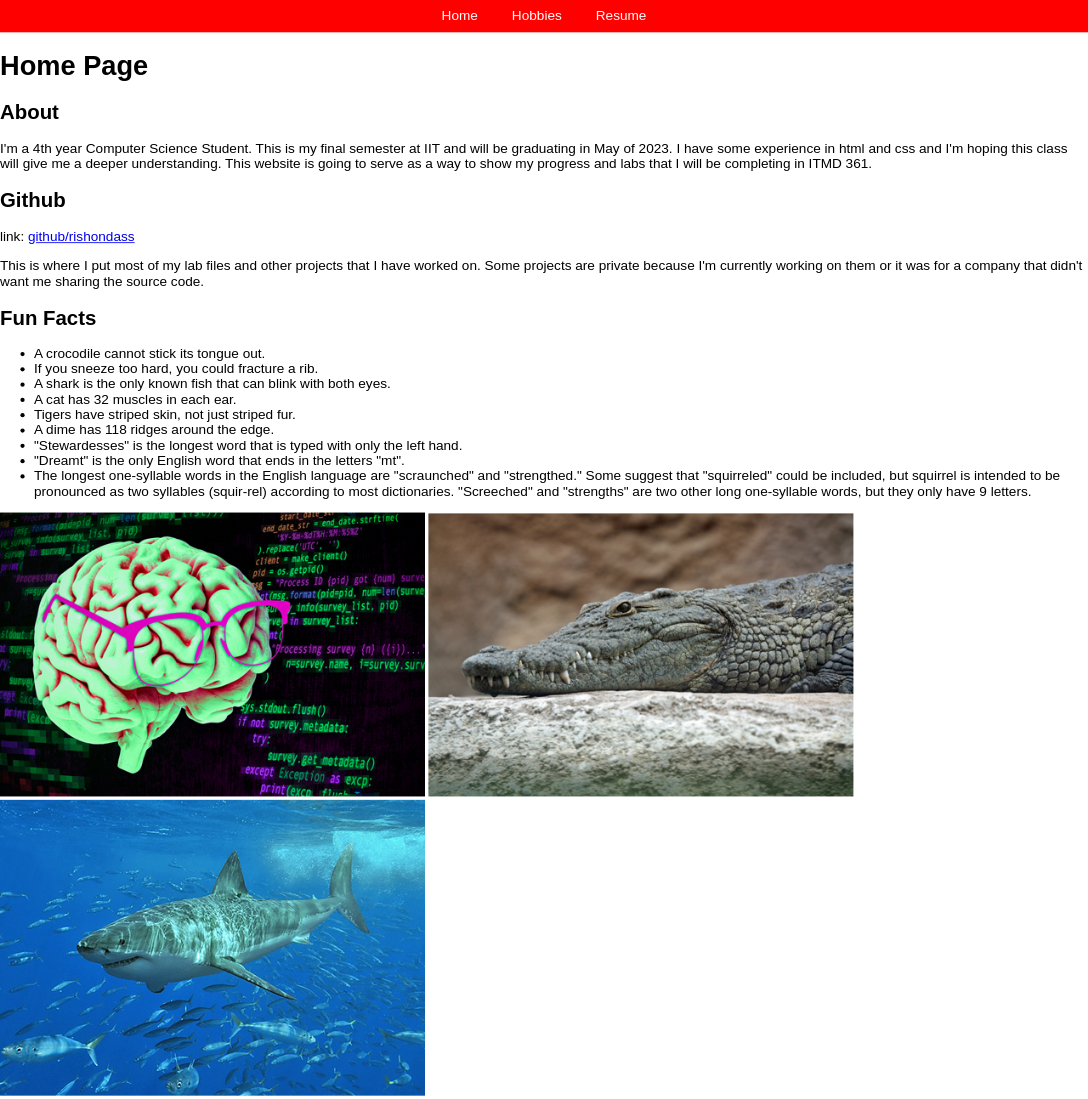
Repository: rishondass/ITMD361-Project2
Page: index.html
The author's editor kept a copy of each file at every save. The page is drawn from the files as they stood at one save, then again after a run of saves.
The browser window is 1280 px wide. The pictures show the whole page, at 85% of full size.

Above is the page before, as saved 2023-03-07 21:16:18.

After the next 3 saves:
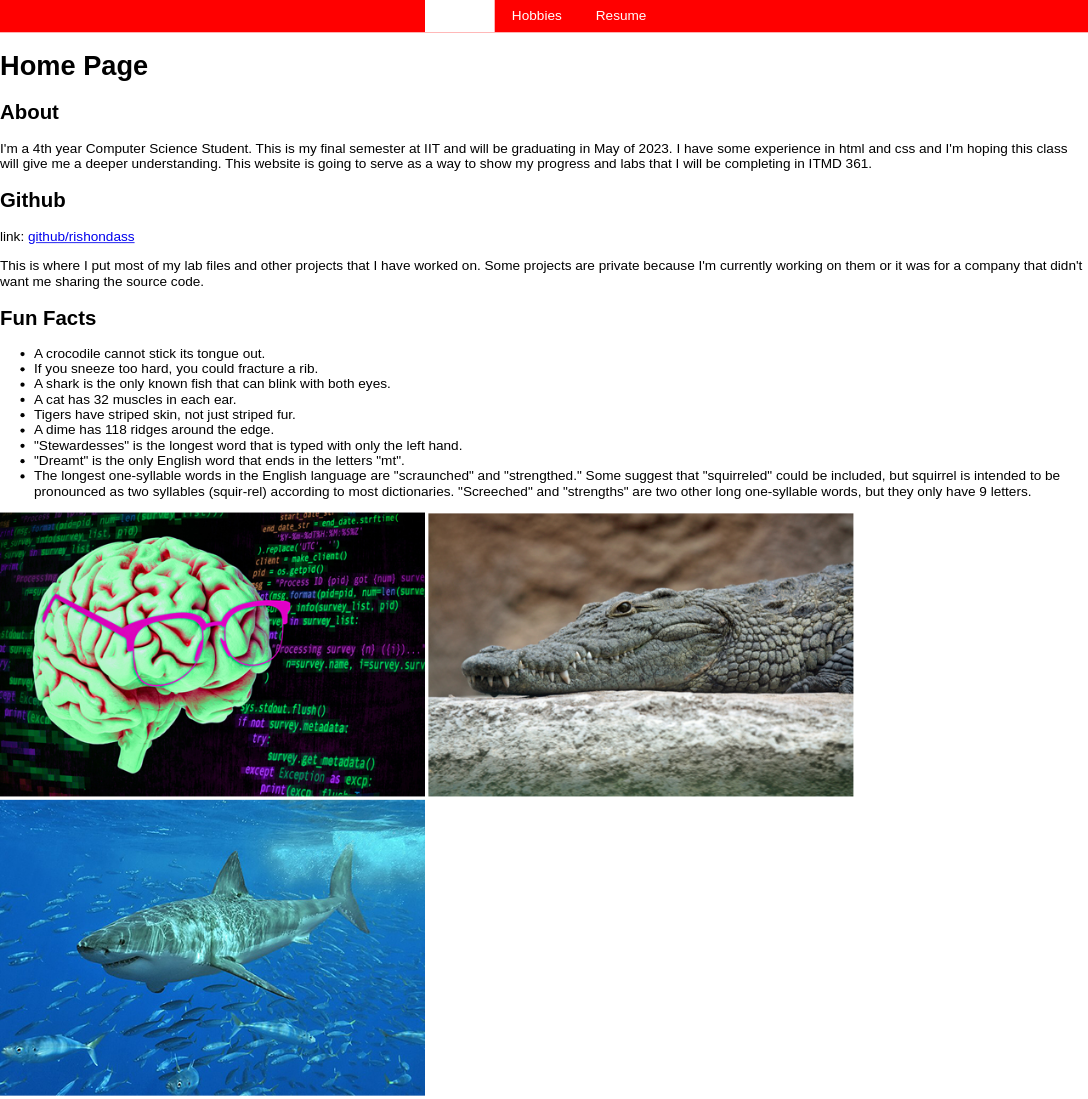
The 3 saves are shown as one change because they came seconds apart.
The last was saved 10 s later.
--- a/css/style.css
+++ b/css/style.css
@@ -22,3 +22,8 @@
     background-color: rgb(255, 255, 255);
     color:black;
 }
+
+#onCurrentPage {
+    background-color: rgb(255, 255, 255);
+    color:black;
+}

After the save that followed:
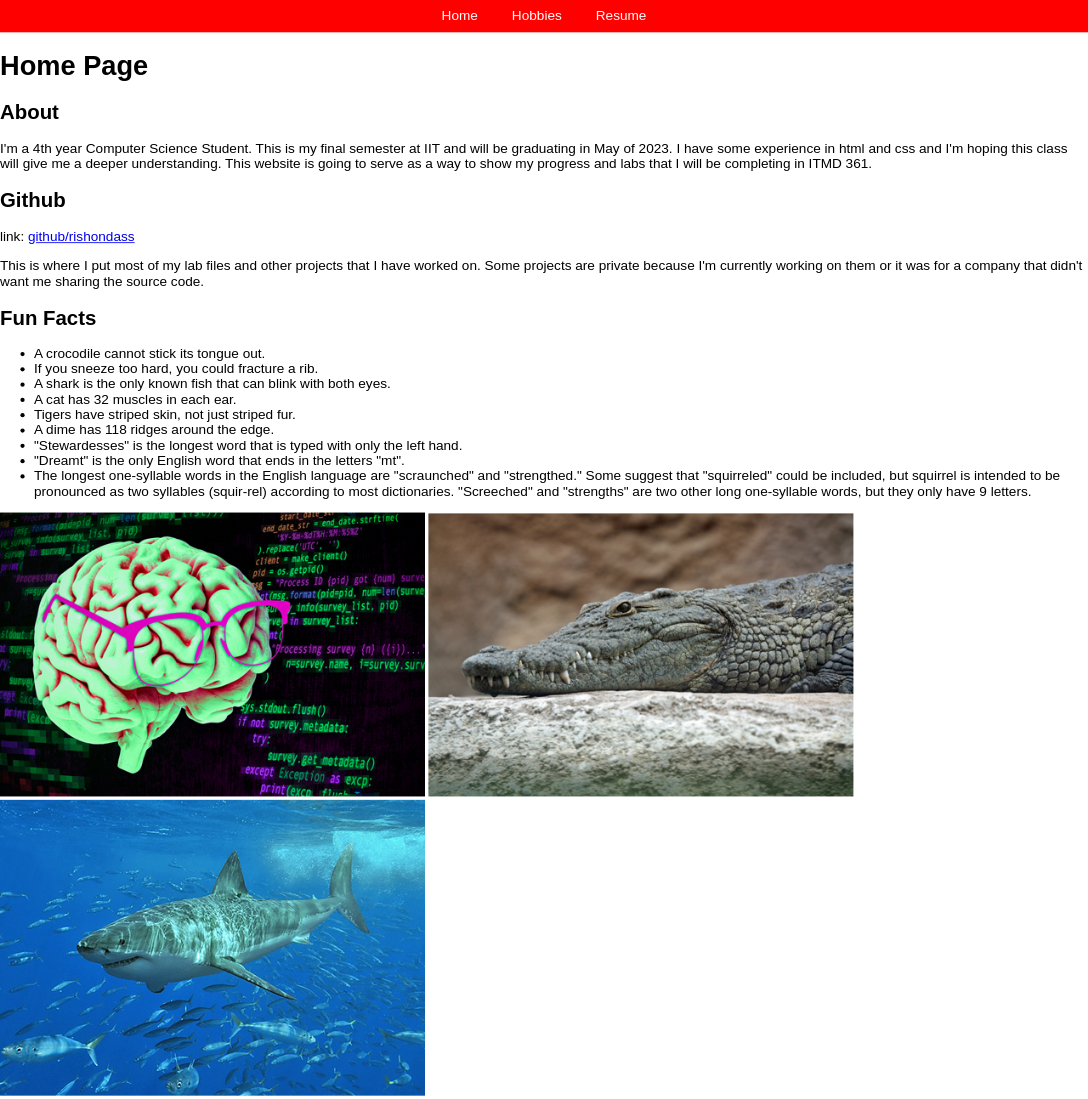
Saved 8 s later.
--- a/css/style.css
+++ b/css/style.css
@@ -23,7 +23,7 @@
     color:black;
 }
 
-#onCurrentPage {
+#onCurrentPage a{
     background-color: rgb(255, 255, 255);
     color:black;
 }
